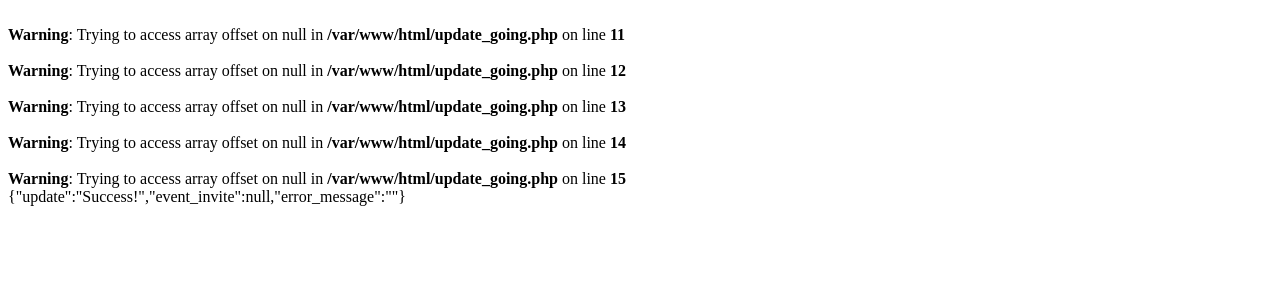
Repository: SolomonAduolMaina/shout
Page: http://localhost/update_going.php
An editor plug-in stored every save of this project. The page is shown before and after the next save, followed by the edit.
The browser window is 1280 px wide. The pictures show the whole page.
The page is run by PHP 8.4 with error messages shown; the project is at /var/www/html/. Queries for data that is not in the repository find no rows.

Above is the page before, as saved 2016-08-14 15:29:12.

After the next save:
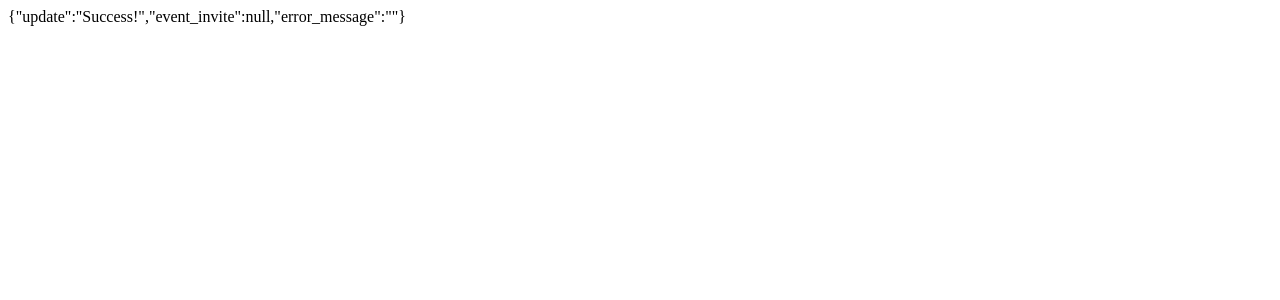
Saved 2 min 30 s later.
--- a/workspace/Shout/update_going.php
+++ b/workspace/Shout/update_going.php
@@ -8,11 +8,11 @@ $password = 'Auremest7';
 
 $data = file_get_contents ( 'php://input' );
 $json = json_decode ( $data, true );
-$invitee_id = $json ['invitee_id'];
-$event_id = $json ['event_id'];
-$going = $json ['going'];
-$type = $json ['type'];
-$sent = $json ['sent'];
+$invitee_id = "'$json ['invitee_id']'";
+$event_id = "'$json ['event_id']'";
+$going = "'$json ['going']'";
+$type = "'$json ['type']'";
+$sent = "'$json ['sent']'";
 
 $connection = mysqli_connect ( $host_name, $user_name, $password, $user_name );
 $query = "INSERT INTO Invite (event_id, invitee_id, going, type, sent)
